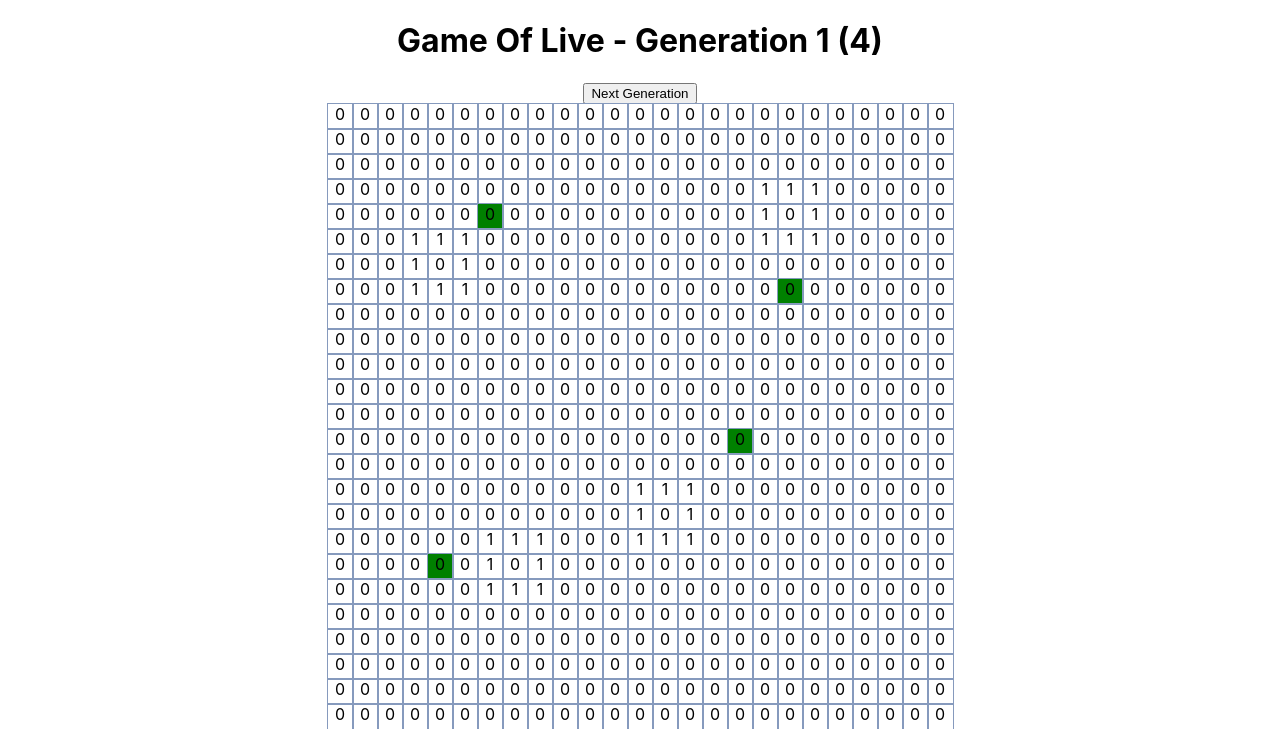
Repository: cfaguilera20/gol
Page: /
These files come from the project's save history. The page is drawn as it stood at one moment and after the next save; the edit follows.
The browser window is 1280 px wide. The pictures show the whole page.
The project was rebuilt for these pictures with package versions that can differ from the ones it lists, and the page was loaded fresh each time.

Above is the page before, as saved 2021-07-25 13:54:12.

### src/App.js
import './App.css';

import Board from './components/Board.jsx';

function App() {
    return (
        <div className="App">
            <Board />
        </div>
    );
}

export default App;

### src/components/Board.jsx
import React, { useState } from 'react';
import './Board.css';

const WORLD_SIZE = 25;
const WORLD_POPULATION = 99;

const Board = (props) => {
    const [world, setWorld] = useState(
        createWorld(WORLD_SIZE, WORLD_POPULATION)
    );
    const [generation, setGeneration] = useState(1);

    const onNextGeneration = () => {
        setGeneration(generation + 1);
        world.nextGeneration();
        setWorld(world);
    };

    return (
        <>
            <h1>
                Game Of Live - Generation {generation} (
                {world.currentPopulation})
            </h1>
            <button onClick={onNextGeneration}>Next Generation</button>
            <div className="world">
                {world.board.map((row, rowIdx) => (
                    <div key={rowIdx} className="row">
                        {row.map((isAlive, cellIdx) => {
                            const className = isAlive
                                ? 'cell cell-green'
                                : 'cell';
                            const neighborsAlive =
                                world.getNeighborsAliveCounter(rowIdx, cellIdx);
                            return (
                                <div key={cellIdx} className={className}>
                                    {neighborsAlive}
                                </div>
                            );
                        })}
                    </div>
                ))}
            </div>
        </>
    );
};

class World {
    constructor(size, population) {
        this.size = size;
        this.population = population;
        this.currentPopulation = 0;
        this.board = [];
        this.createBoard();
    }

    createBoard() {
        for (let y = 0; y < this.size; y++) {
            this.board[y] = [];
            for (let x = 0; x < this.size; x++) {
                const isAlive =
                    Math.random() > this.population / 100 ? true : false;
                this.board[y][x] = isAlive;
                this.currentPopulation += isAlive ? 1 : 0;
            }
        }
    }

    getNeighborsAliveCounter(x, y) {
        const neighbors = [];
        const neighborsIdx = [
            [1, 0],
            [-1, 0],
            [0, 1],
            [0, -1],
            [1, 1],
            [1, -1],
            [-1, 1],
            [-1, -1],
        ];
        neighborsIdx.forEach(([dx, dy]) => {
            const [nx, ny] = [x + dx, y + dy];
            if (nx >= 0 && nx < this.size && ny >= 0 && ny < this.size) {
                if (this.board[ny][nx] === true) {
                    neighbors.push(true);
                }
            }
        });
        return neighbors.length;
    }

    nextGeneration() {
        const nextBoard = [];
        for (let y = 0; y < this.size; y++) {
            nextBoard[y] = [];
            for (let x = 0; x < this.size; x++) {
                const isAlive = this.board[y][x];
                const nextIsAlive = this.getNeighborsAliveCounter(x, y) > 2;
                nextBoard[y][x] = nextIsAlive;
                this.currentPopulation += nextIsAlive - isAlive;
            }
        }

        this.board = nextBoard;
        return this;
    }
}

const createWorld = (WORLD_SIZE, WORLD_POPULATION) => {
    const board = new World(WORLD_SIZE, WORLD_POPULATION);
    return board;
};

export default Board;

### src/components/Board.css
.row {
    height: 25px;
}

.cell {
    width: 25px;
    height: 25px;
    outline: 1px solid rgb(134, 154, 189);
    display: inline-block;
}

.cell-green {
    background-color: green;
}

.cell-red {
    background-color: red;
}

.cell-purple {
    background-color: purple;
}

Loaded but not shown: public/index.html (common file); src/index.js (common file); src/index.css (common file); src/reportWebVitals.js (common file); src/App.css (common file)

After the next save:
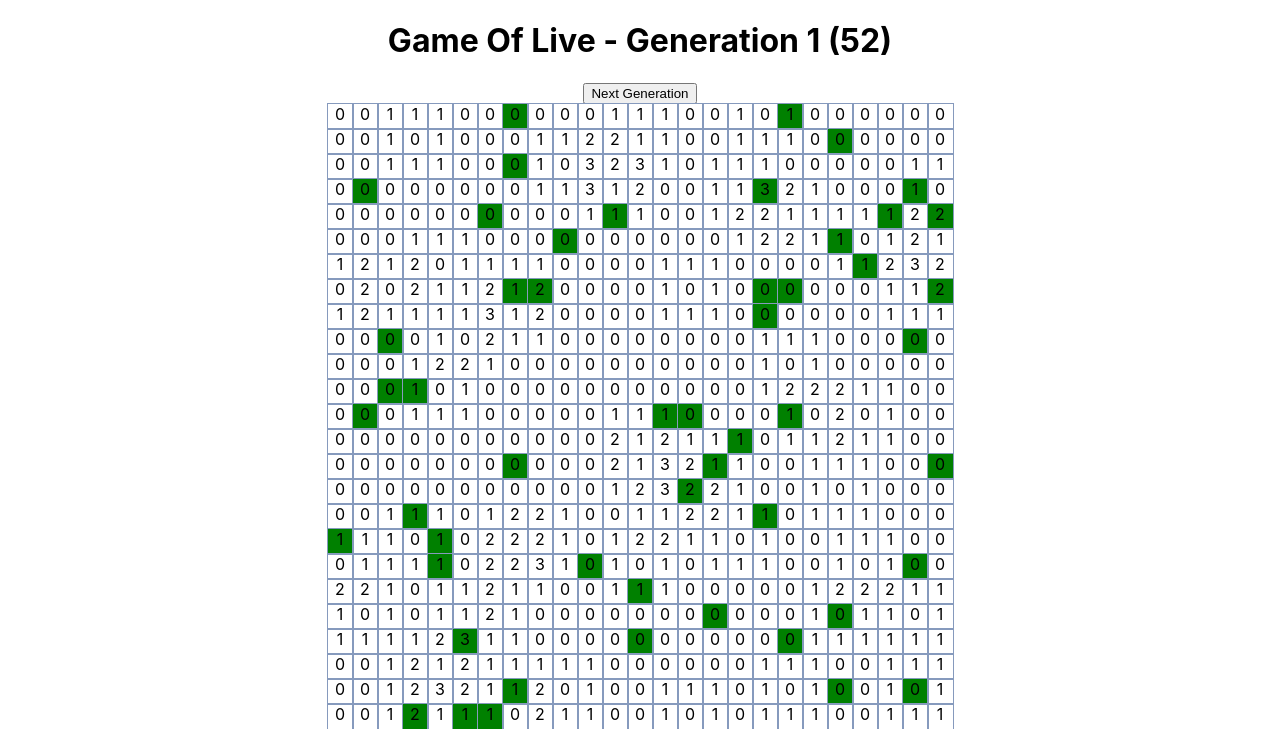
Saved 24 s later.
--- a/src/components/Board.jsx
+++ b/src/components/Board.jsx
@@ -2,7 +2,7 @@ import React, { useState } from 'react';
 import './Board.css';
 
 const WORLD_SIZE = 25;
-const WORLD_POPULATION = 99;
+const WORLD_POPULATION = 90;
 
 const Board = (props) => {
     const [world, setWorld] = useState(
